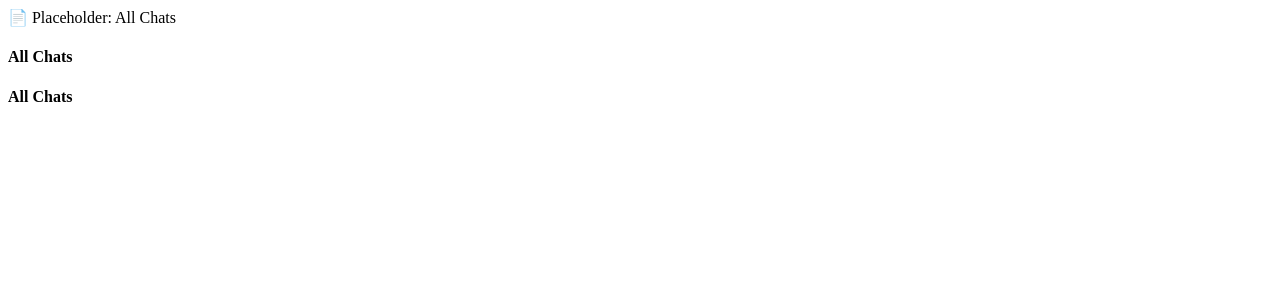
Repository: tonym642/bizcore360-wp
Page: pages/allchats.html
These files come from the project's save history. The page is drawn as it stood at one moment and after the next save; the edit follows.
The browser window is 1280 px wide. The pictures show the whole page.

Above is the page before, as saved 2025-10-21 16:12:11.

After the next save:
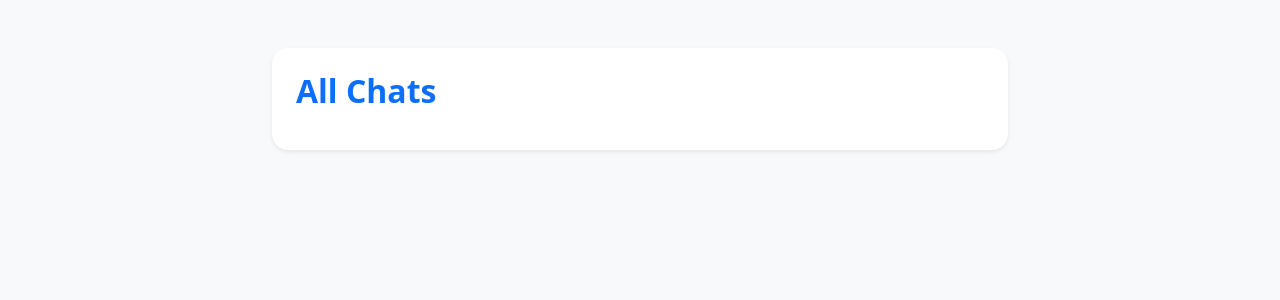
Saved 9 s later.
--- a/pages/allchats.html
+++ b/pages/allchats.html
@@ -1,12 +1,24 @@
-<div class="container py-4">
-  <div class="alert alert-info">📄 Placeholder: All Chats</div>
-  <div class="card p-3 shadow-sm"><h4>All Chats</h4><div id="chatsList" class="list-group"></div></div>
 
-<div class="container-fluid p-4">
-  <div class="card shadow-sm rounded-3">
-    <div class="card-body">
-      <h4 class="fw-semibold text-primary mb-3">All Chats</h4>
-      <div id="chatsList" class="list-group"></div>
+<!DOCTYPE html>
+<html lang="en">
+<head>
+  <meta charset="UTF-8">
+  <meta name="viewport" content="width=device-width, initial-scale=1.0">
+  <title>All Chats</title>
+  <link href="https://cdn.jsdelivr.net/npm/bootstrap@5.3.2/dist/css/bootstrap.min.css" rel="stylesheet">
+  <link href="../assets/css/style.css" rel="stylesheet">
+</head>
+<body>
+  <div class="container py-5">
+    <div class="row justify-content-center">
+      <div class="col-lg-8">
+        <div class="card shadow-sm p-4 rounded-4" id="allChatsCard">
+          <h2 class="mb-3 fw-bold text-primary">All Chats</h2>
+          <div id="chatsList" class="list-group"></div>
+        </div>
+      </div>
     </div>
   </div>
-</div>
+  <script src="https://cdn.jsdelivr.net/npm/bootstrap@5.3.2/dist/js/bootstrap.bundle.min.js"></script>
+</body>
+</html>
